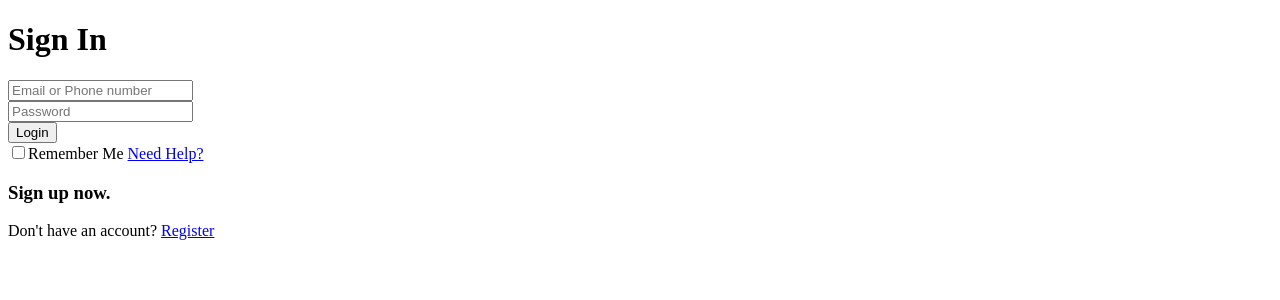
Repository: isaacCodes1/Netflixcopy
Page: index.html
The author's editor kept a copy of each file at every save. The page is drawn from the files as they stood at one save, then again after a run of saves.
The browser window is 1280 px wide. The pictures show the whole page.

Above is the page before, as saved 2024-03-07 22:20:19.

### index.html
<!DOCTYPE html>
<html lang="en">
<head>
    <meta charset="UTF-8">
    <meta name="viewport" content="width=device-width, initial-scale=1.0">
    <title>Login Form.</title>
    <link rel="stylesheet" href="style.css">
</head>
<body>
    <div class="wrapper">
        <form action="">
          <h1>Sign In</h1>
          <div class="input-box">
            <input type="text" placeholder="Email or Phone number" required>
          </div>
          <div class="input-box">
            <input type="password" placeholder="Password" required>
          </div>
          <button class="btn" type="Submit">Login</button>
          <div class="register-link">
          <div class="remember-forgot">
            <label><input type="checkbox">Remember Me</label>
            <a href="#">Need Help?</a>
          </div>
            <h3>Sign up now.</h3>
            <p>Don't have an account? <a href="#">Register</a></p>
          </div>
        </form>
      </div>
</body>
</html>

Loaded but not shown: style.css (no copy from this time; the picture is the same without it)

After the next 3 saves:
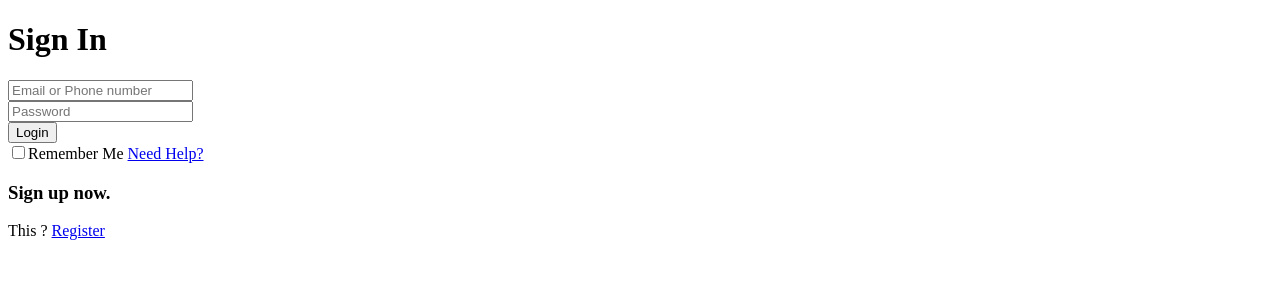
The 3 saves are shown as one change because they came seconds apart.
The last was saved 9 s later.
--- a/index.html
+++ b/index.html
@@ -23,7 +23,7 @@
             <a href="#">Need Help?</a>
           </div>
             <h3>Sign up now.</h3>
-            <p>Don't have an account? <a href="#">Register</a></p>
+            <p>This ? <a href="#">Register</a></p>
           </div>
         </form>
       </div>
